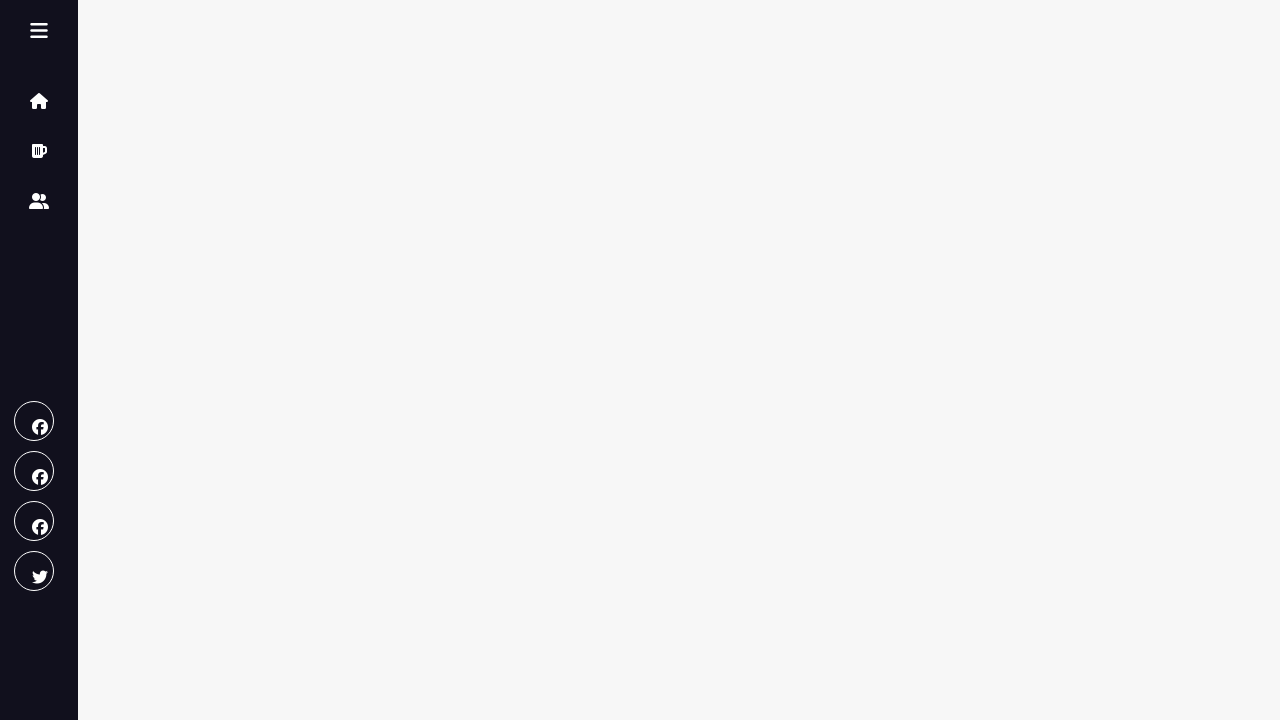
Repository: Nic98/MilkTeaWebsite
Page: mywebsite.html
An editor plug-in stored every save of this project. The page is shown before and after the next save, followed by the edit.
The browser window is 1280 px wide. The pictures show the whole page.
Some web libraries are served in a nearby version.

Above is the page before, as saved 2024-05-28 23:10:21.

After the next save:
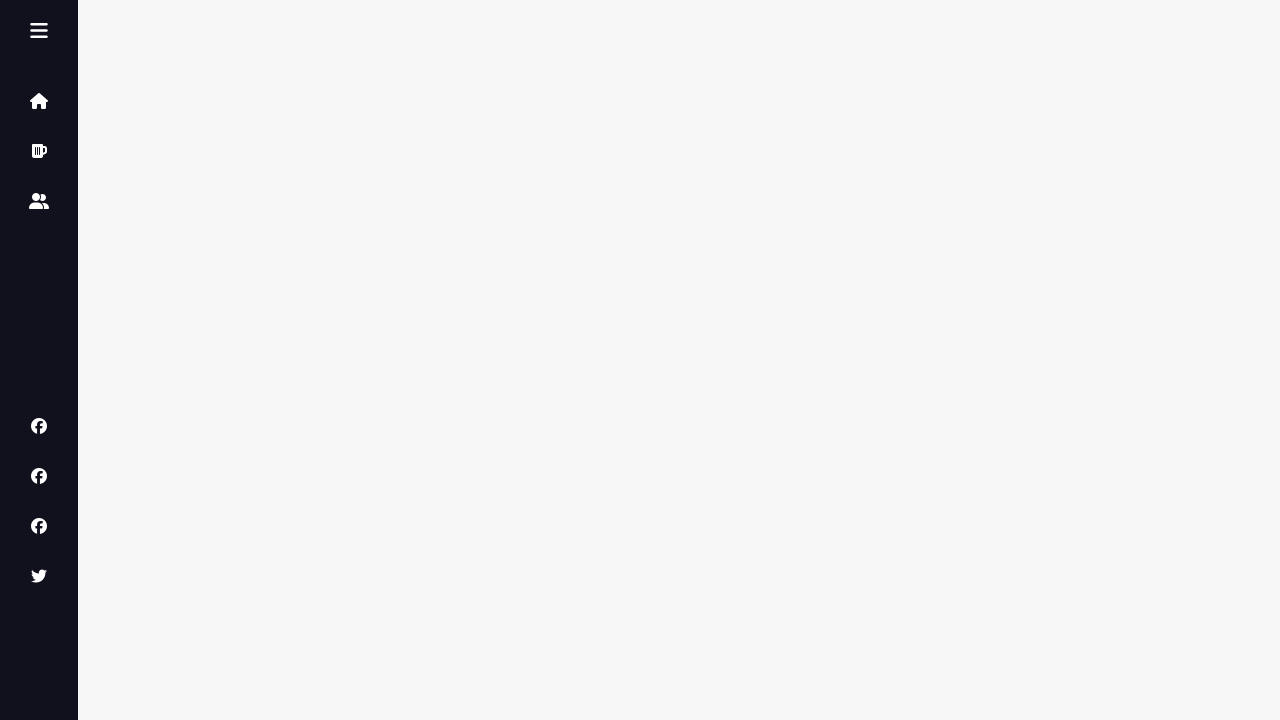
Saved 13 s later.
--- a/mywebsite.css
+++ b/mywebsite.css
@@ -297,7 +297,6 @@
   transition: all 0.4s ease;
   white-space: nowrap;
   z-index: 1;
-  border: 1px solid #fff
 }
 
 .sidebar.active .contact_list li i {

After the save that followed:
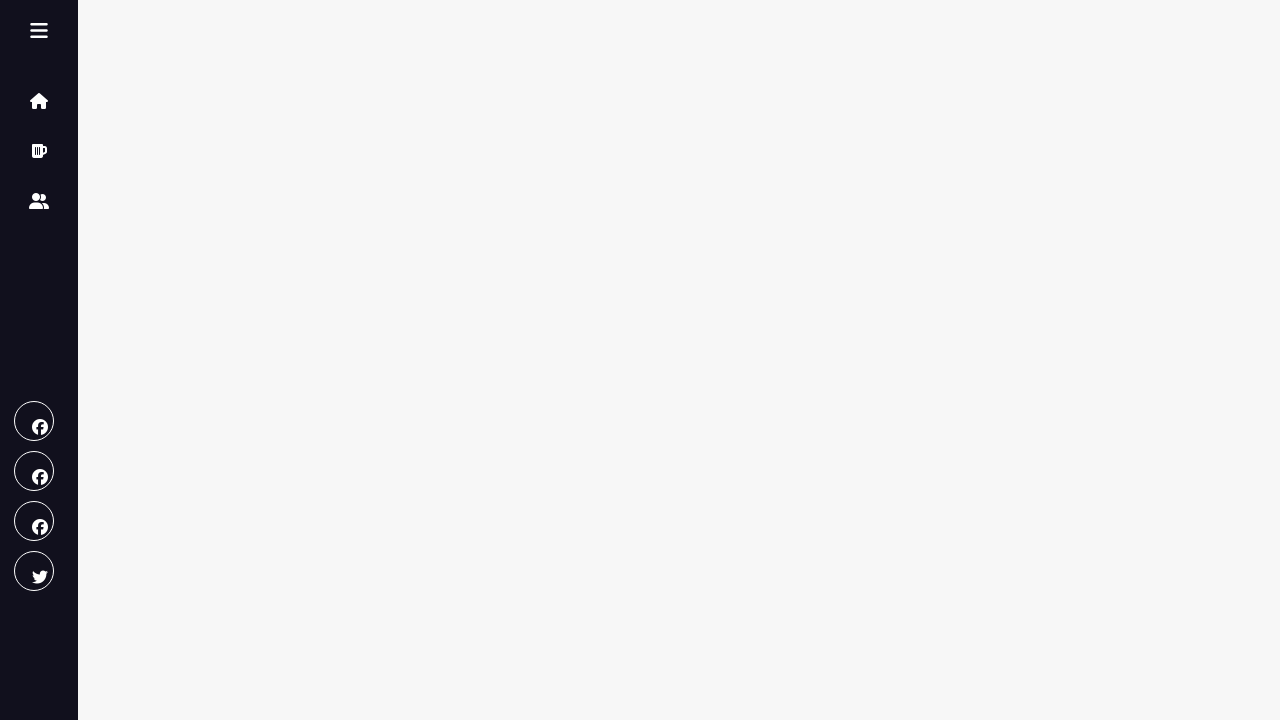
Saved 4 s later.
--- a/mywebsite.css
+++ b/mywebsite.css
@@ -297,6 +297,7 @@
   transition: all 0.4s ease;
   white-space: nowrap;
   z-index: 1;
+  border: 1px solid #fff
 }
 
 .sidebar.active .contact_list li i {
